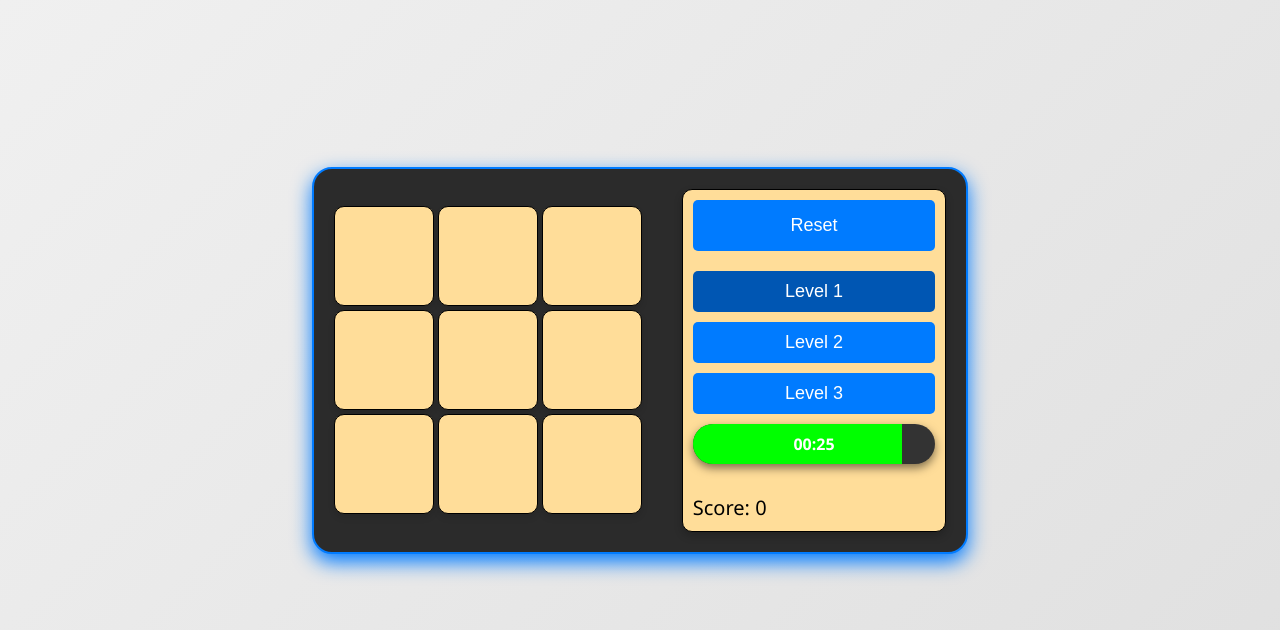
Repository: radisyah/THE_BRAIN_STORM
Page: Impossible Memory.html
The author's editor kept a copy of each file at every save. The page is drawn from the files as they stood at one save, then again after the next save.
The browser window is 1280 px wide. The pictures show the whole page.

Above is the page before, as saved 2024-10-22 23:20:22.

### Impossible Memory.html
<!DOCTYPE html>
<html lang="en">
<head>
    <meta charset="UTF-8">
    <meta name="viewport" content="width=device-width, initial-scale=1.0">
    <title>Impossible Memories</title>
    <style>
        body {
            font-family: 'Segoe UI', Tahoma, Geneva, Verdana, sans-serif;
            display: flex;
            justify-content: center;
            align-items: center;
            height: 100vh;
            margin: 0;
            background: linear-gradient(135deg, #f0f0f0, #e0e0e0);
        }


        .container {
            display: flex;
            justify-content: center;
            align-items: center;
            gap: 40px;
            background-color: #2b2b2b; /* Dark background for contrast */
            border-radius: 20px;
            box-shadow: 0 8px 20px  #007bff;
            padding: 20px; /* Padding for container */
            transition: transform 0.3s ease-in-out;
            border: 2px solid #007bff;
        }

        .container:hover {
            transform: scale(1.02); /* Slight scale effect when hovering over the container */
        }

        /* Timer container styles */
        .timer-container {
            position: relative;
            width: 100%;
            height: 40px;
            background-color: #333;
            border-radius: 20px;
            overflow: hidden;
            box-shadow: 0px 4px 10px rgba(0, 0, 0, 0.5);
            margin-bottom: 10px;
        }

        /* Timer text styles */
        #timer {
            position: absolute;
            top: 50%;
            left: 50%;
            transform: translate(-50%, -50%);
            color: white;
            font-size: 16px;
            font-weight: bold;
            z-index: 2;
        }

        /* Progress bar styles */
        .timer-bar {
            position: absolute;
            top: 0;
            left: 0;
            height: 100%;
            background: linear-gradient(90deg, #00ff00, #ffff00, #ff0000);
            width: 100%;
            transition: width 1s linear;
            z-index: 1;
        }


        .grid-container {
            display: grid;
            gap: 4px;
            grid-template-columns: repeat(7, 70px); /* Ukuran grid */
            grid-template-rows: repeat(7, 70px); /* Ukuran grid */
            position: relative;

        }

        .grid-item {
            display: flex;
            justify-content: center;
            align-items: center;
            font-size: 20px;
            border-radius: 10px;
            box-shadow: 0 4px 6px rgba(0, 0, 0, 0.1);
            transition: transform 0.3s, background-color 0.3s;
            cursor: pointer;
            position: relative;
        }


        .grid-item input {
            width: 100%;
            height: 100%;
            font-size: 20px;
            text-align: center;
            background-color: #ffdd99;
            border: 1px solid #000;
            border-radius: 10px;
            outline: none;
            box-sizing: border-box;
        }

        .grid-item input:hover {
            transform: translateY(-5px);
            background-color: #fbc05d;
        }

        .grid-item input.correct {
            background-color: #28a745;
            color: white;
            pointer-events: none;
            transition: background-color 0.5s ease, color 0.5s ease; /* Animasi transisi */
        }

        .grid-item input.wrong {
            background-color: #dc3545;
            color: white;
            pointer-events: none;
            transition: background-color 0.5s ease, color 0.5s ease; /* Animasi transisi */
        }

        .button-container {
            display: flex;
            flex-direction: column; /* Susun tombol secara vertikal */
            gap: 10px; /* Jarak antar tombol */
            padding: 10px; /* Padding di dalam tombol */
            background-color: #ffdd99; /* Warna latar untuk layout tombol */
            border-radius: 10px; /* Sudut membulat */
            box-shadow: 0 4px 8px rgba(0, 0, 0, 0.2); /* Bayangan untuk efek */
            border: 1px solid #000;
        }

        .grid-size-buttons button {
            padding: 10px; /* Padding tombol */
            margin-top: 10px; /* Jarak atas untuk menambah jarak antara tombol */
        }


        #resetButton, .question-button {
            padding: 15px 20px; /* Padding untuk tombol */
            font-size: 18px; /* Ukuran font */
            cursor: pointer;

            background-color: #007bff;
            color: white;
            border: none;
            border-radius: 5px;
            transition: background-color 0.3s;
            width: 100%; /* Membuat tombol mengambil lebar penuh */
        }

        #resetButton:hover, .question-button:hover {
            background-color: #0056b3; /* Warna hover */
        }

        .active-level {
            background-color: #0056b3; /* Green for active level */
        }


    </style>
</head>
<body>

    <div class="container">
        <div class="grid-container" id="grid-container">
            <!-- Dynamic grid will be generated here -->
        </div>

        <div class="button-container">
            <button id="resetButton" onclick="resetAnswers()">Reset</button>
            <div class="grid-size-buttons">
                <button class="question-button" id="level1" disabled>Level 1</button>
                <button class="question-button" id="level2" disabled>Level 2</button>
                <button class="question-button" id="level3" disabled>Level 3</button>
            </div>
            <div class="timer-container">
                <div id="timer">00:30</div>
                <div class="timer-bar"></div>
            </div>
            <div id="score-display" style="font-size: 20px; margin-top: 10px;">Score: 0</div>
        </div>
    </div>


    <script>
        const gridSizes = {
            3: [
                { correct: 0 }, { correct: 0 }, { correct: 0 },
                { correct: 0 }, { correct: 0 }, { correct: 0 },
                { correct: 0 }, { correct: 0 }, { correct: 0 }
            ],
            5: [
                { correct: 0 }, { correct: 0 }, { correct: 0 }, { correct: 0 }, { correct: 0 },
                { correct: 0 }, { correct: 0 }, { correct: 0 }, { correct: 0 }, { correct: 0 },
                { correct: 0 }, { correct: 0 }, { correct: 0 }, { correct: 0 }, { correct: 0 },
                { correct: 0 }, { correct: 0 }, { correct: 0 }, { correct: 0 }, { correct: 0 },
                { correct: 0 }, { correct: 0 }, { correct: 0 }, { correct: 0 }, { correct: 0 }
            ],
            7:  [
                { correct: 0 }, { correct: 0 }, { correct: 0 }, { correct: 0 }, { correct: 0 },  { correct: 0 },  { correct: 0 },
                { correct: 0 }, { correct: 0 }, { correct: 0 }, { correct: 0 }, { correct: 0 }, { correct: 0 },  { correct: 0 },
                { correct: 0 }, { correct: 0 }, { correct: 0 }, { correct: 0 }, { correct: 0 }, { correct: 0 },  { correct: 0 },
                { correct: 0 }, { correct: 0 }, { correct: 0 }, { correct: 0 }, { correct: 0 }, { correct: 0 },  { correct: 0 },
                { correct: 0 }, { correct: 0 }, { correct: 0 }, { correct: 0 }, { correct: 0 }, { correct: 0 },  { correct: 0 },
                { correct: 0 }, { correct: 0 }, { correct: 0 }, { correct: 0 }, { correct: 0 }, { correct: 0 },  { correct: 0 },
                { correct: 0 }, { correct: 0 }, { correct: 0 }, { correct: 0 }, { correct: 0 }, { correct: 0 },  { correct: 0 },
            ]
        };

        let currentLevel = 1; // Start from level 1
        let timeRemaining = 30; // Default to 30 seconds for Level 1
        let timerInterval;
        let isTimerRunning = false;

        // Initialize the game with Level 1 active
        document.getElementById('level1').disabled = false;
        document.getElementById('level1').classList.add('active-level');

        function startTimer() {
            if (isTimerRunning) return;
            isTimerRunning = true;

            timerInterval = setInterval(() => {
                const timerDisplay = document.getElementById('timer');
                const timerBar = document.querySelector('.timer-bar');

                timeRemaining--;

                // Calculate minutes and seconds
                const minutes = Math.floor(timeRemaining / 60);
                const seconds = timeRemaining % 60;
                timerDisplay.textContent = `${minutes < 10 ? '0' + minutes : minutes}:${seconds < 10 ? '0' + seconds : seconds}`;

                // Update timer bar width
                const percentage = (timeRemaining / getInitialTimeForLevel()) * 100;
                timerBar.style.width = `${percentage}%`;

                // Change bar color based on remaining time
                if (percentage <= 33) {
                    timerBar.style.background = "#ff0000"; // Red for last third
                } else if (percentage <= 66) {
                    timerBar.style.background = "#ffff00"; // Yellow for middle third
                } else {
                    timerBar.style.background = "#00ff00"; // Green for initial third
                }

                if (timeRemaining <= 0) {
                    clearInterval(timerInterval);
                    isTimerRunning = false;
                    timerDisplay.textContent = "Time is Over!!";
                    lockInputs();
                }
            }, 1000);
        }

        function getInitialTimeForLevel() {
            switch (currentLevel) {
                case 1:
                    return 30; // 30 seconds for Level 1
                case 2:
                    return 60; // 1 minute for Level 2
                case 3:
                    return 90; // 1 minute 30 seconds for Level 3
                default:
                    return 30; // Default fallback
            }
        }

        function lockInputs() {
            document.querySelectorAll('.answer').forEach(input => {
                input.disabled = true; // Disable all answer inputs
            });
            document.getElementById('resetButton').disabled = true;
        }

        function createGrid(size) {
            const gridContainer = document.getElementById('grid-container');
            gridContainer.style.gridTemplateColumns = `repeat(${size}, 100px)`;
            gridContainer.style.gridTemplateRows = `repeat(${size}, 100px)`;
            gridContainer.innerHTML = ''; // Clear previous content

            const gridData = gridSizes[size];

            gridData.forEach(data => {
                const gridItem = document.createElement('div');
                gridItem.classList.add('grid-item');
                const input = document.createElement('input');
                input.classList.add('answer');
                input.setAttribute('type', 'text');
                input.setAttribute('data-correct', data.correct);
                input.addEventListener('input', () => checkInput(input)); // Add event listener for each input
                gridItem.appendChild(input);
                gridContainer.appendChild(gridItem);
            });

            if (!isTimerRunning) startTimer();
        }

        function checkInput(input) {
            const correctAnswer = parseInt(input.dataset.correct);  // Get correct answer from data-correct
            const userAnswer = parseInt(input.value);  // Get user answer as a number

            if (input.value.trim() === '') {
                input.classList.remove('correct', 'wrong'); // Reset styles if empty
            } else if (userAnswer === correctAnswer) {
                input.classList.add('correct');
                input.classList.remove('wrong');
                input.disabled = true; // Disable input if correct
            } else {
                input.classList.add('wrong');
                input.classList.remove('correct');
            }

            // Optionally, you can check if all inputs are correct to trigger next level
            checkAllAnswers();
        }

        function checkAllAnswers() {
            const inputs = document.querySelectorAll('.answer');
            let allCorrect = true;
            let allFilled = true;

            inputs.forEach(input => {
                const correctAnswer = parseInt(input.dataset.correct);
                const userAnswer = parseInt(input.value);

                if (input.value.trim() === '') {
                    allFilled = false;
                } else if (userAnswer !== correctAnswer) {
                    allCorrect = false;
                }
            });

            if (allCorrect && allFilled) {
                setTimeout(() => nextLevel(), 1000); // Move to next level after 1 second delay
            }
        }

        function nextLevel() {
            clearInterval(timerInterval);
            isTimerRunning = false;

            if (currentLevel === 1) {
                currentLevel = 2;
                document.getElementById('level2').disabled = false;
                document.getElementById('level1').disabled = true;
                document.getElementById('level1').classList.remove('active-level');
                document.getElementById('level2').classList.add('active-level');
                timeRemaining = getInitialTimeForLevel(); // Set new time for Level 2
                changeGridSize(5);
            } else if (currentLevel === 2) {
                currentLevel = 3;
                document.getElementById('level3').disabled = false;
                document.getElementById('level2').disabled = true;
                document.getElementById('level2').classList.remove('active-level');
                document.getElementById('level3').classList.add('active-level');
                timeRemaining = getInitialTimeForLevel(); // Set new time for Level 3
                changeGridSize(7);
            } else if (currentLevel === 3) {
                // After Level 3, restart the game at Level 1
                restartGame();
            }

            startTimer(); // Start the timer for the next level
        }


        function restartGame() {
            // Reset to Level 1
            currentLevel = 1;
            timeRemaining = getInitialTimeForLevel(); // Set time for Level 1

            // Reset level buttons
            document.getElementById('level1').disabled = false;
            document.getElementById('level2').disabled = true;
            document.getElementById('level3').disabled = true;

            // Update active level styles
            document.getElementById('level1').classList.add('active-level');
            document.getElementById('level2').classList.remove('active-level');
            document.getElementById('level3').classList.remove('active-level');

            // Reset the grid size to Level 1's size
            changeGridSize(3);
        }


        function changeGridSize(size) {
            createGrid(size);
        }

        function resetAnswers() {
            createGrid(currentLevel === 1 ? 3 : currentLevel === 2 ? 5 : 7);
        }
        // Initialize Level 1 grid and start the timer
        createGrid(3);
        timeRemaining = getInitialTimeForLevel(); // Set the initial timer for Level 1
        startTimer();

    </script>


</body>
</html>

After the next save:
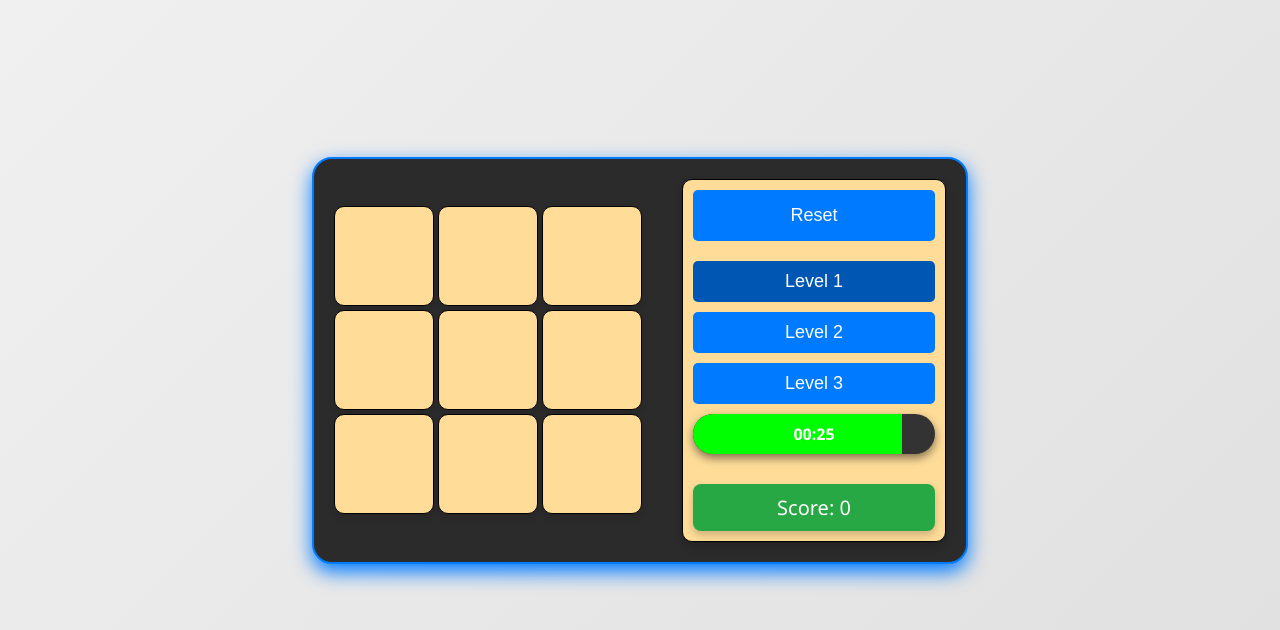
Saved 15 s later.
--- a/Impossible Memory.html
+++ b/Impossible Memory.html
@@ -159,6 +159,23 @@
 
         .active-level {
             background-color: #0056b3; /* Green for active level */
+        }
+
+        #score-display {
+            font-size: 24px; /* Larger font size for better visibility */
+            margin-top: 10px; /* Spacing from the elements above */
+            padding: 10px; /* Padding around the score display */
+            background-color: #28a745; /* Green background for positive feedback */
+            color: white; /* White text color */
+            border-radius: 8px; /* Rounded corners */
+            box-shadow: 0 4px 8px rgba(0, 0, 0, 0.2); /* Shadow for depth */
+            transition: transform 0.3s; /* Add a transition for the hover effect */
+            text-align: center; /* Center align text */
+        }
+
+        #score-display:hover {
+            transform: scale(1.05); /* Slightly scale up on hover */
+            cursor: pointer; /* Change cursor to pointer on hover */
         }
 
 
